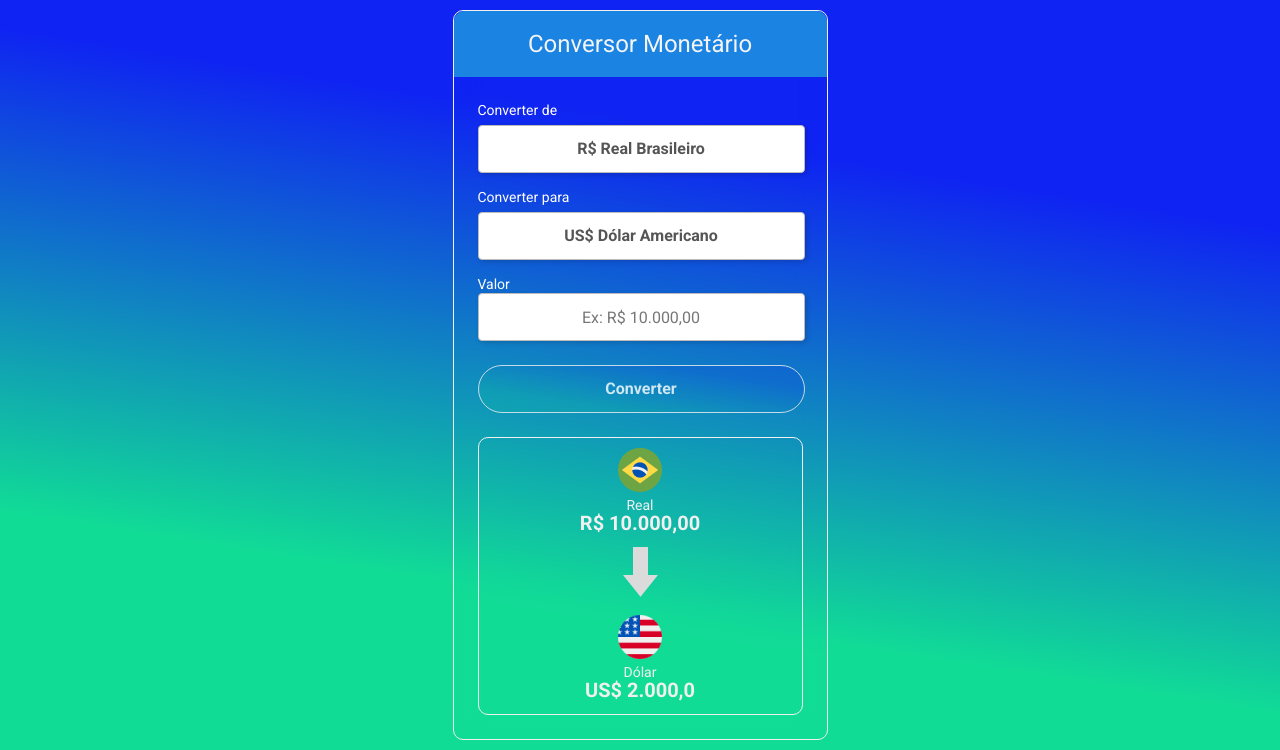
Repository: isayrous/coin-converter
Page: index.html
The author's editor kept a copy of each file at every save. The page is drawn from the files as they stood at one save, then again after the next save.
The browser window is 1280 px wide. The pictures show the whole page.
The pointer rests on the first visible `button`.

Above is the page before, as saved 2022-11-03 00:07:58.

### index.html
<!DOCTYPE html>
<html lang="pt-br">
<head>
    <meta charset="UTF-8">
    <meta http-equiv="X-UA-Compatible" content="IE=edge">
    <meta name="viewport" content="width=device-width, initial-scale=1.0">
    <link rel='stylesheet' href="./style.css">
    <link rel="preconnect" href="https://fonts.googleapis.com">
    <link rel="preconnect" href="https://fonts.gstatic.com" crossorigin>
    <link href="https://fonts.googleapis.com/css2?family=Roboto:wght@400;700&display=swap" rel="stylesheet">
    <title>Conversor Monetário</title>
</head>
<body>
    <div class="container">

        <header>
            <h1>Conversor Monetário</h1>
        </header>

        <main>
            <label>
                Converter <strong>de</strong>
                <select id="first-select">
                    <option>R$ Real Brasileiro</option>
                    <option>US$ Dólar Americano</option>
                    <option>Bitcoin</option>
                    <option>€ Euro</option>
                </select>
            </label>

            <label>
                Converter <strong>para</strong>
                <select id="seccond-select">
                    <option>US$ Dólar Americano</option>
                    <option>Bitcoin</option>
                    <option>€ Euro</option>
                    <option>R$ Real Brasileiro</option>
                </select>
            </label>

            <label>
                <b>Valor</b>
                <input id='values' type="number" placeholder="Ex: R$ 10.000,00">
            </label>

            <button id="button-converter" >Converter</button>

            <section>
                <div>
                    <img id="currency-img1" src="./assets/BRL.png">
                    <p id="first-currency">Real</p>
                    <p id="return-input1" class="value">R$ 10.000,00</p>
                </div>

                <img src="./assets/Vector.png"><br>

                <div>
                    <img id="currency-img2" src="./assets/USA.png">
                    <p id ="seccond-currency">Dólar</p>
                    <p id="return-input2" class="value">US$ 2.000,0</p>
                </div>

            </section>

        </main>

    </div>

</body>
<script src='./scripts.js'></script>
</html>

### style.css
* {
    padding: 0;
    margin: 0;
    box-sizing: border-box;
    font-family: 'Roboto', sans-serif;
    font-style: normal;
    font-weight: normal;
    line-height: 18px;
}

body{
    background: linear-gradient(189deg, rgba(15,35,242,1) 24%, rgba(17,220,150,1) 75%);
    width: 100%;
    height: 100%;
    display: flex;
    justify-content: center;
    padding: 10px;
}

.container {
    height: 100%;
    width: 375px;
    background: transparent;
    border: 1px solid #f0f0f0;
    backdrop-filter: blur(15px);
    border-radius: 10px;
}

header {
    background-color: #1b83e2;
    border-radius: 10px 10px 0 0;
    height: 66px;
    display: flex;
    justify-content: center;
    align-items: center;
}

h1 {
    font-size: 24px;
    color:#F4F4F4;
}

main {
    padding: 24px;
}

label{
    font-weight: 400;
    font-size: 14px;
    color: #fff;
    width: 375px;
}

select{
    width: 327px;
    height: 48px;
    background: #FFFFFF;
    border: 1px solid #BBBBBB;
    border-radius: 4px;
    font-weight: 700;
    font-size: 16px;
    color: #555555;
    text-align: center;
    display: block;
    cursor: pointer;
    outline: none;
    appearance: none;
    box-shadow: 2px 2px 5px 0px #00000026;
    margin-bottom: 15px;
    margin-top: 6px;
}

input{
    width: 327px;
    height: 48px;
    background: #FFFFFF;
    border: 1px solid #BBBBBB;
    border-radius: 4px;
    font-weight: 700;
    font-size: 16px;
    color: #555555;
    text-align: center;
    box-shadow: 2px 2px 5px 0px #00000026;
    outline: none;

}

input::-webkit-outer-spin-button,input::-webkit-inner-spin-button {
  -webkit-appearance: none;
  margin: 0;
}

button {
    background: linear-gradient(189deg, rgba(15,35,242,0.2) 24%, rgba(17,220,150,0.2) 75%);
    border: 1px solid #f0f0f0;
    border-radius: 25px;
    height: 48px;
    width: 327px;
    font-weight: 700;
    font-size: 1rem;
    color: #fff;
    margin: 24px 0px 24px;
    cursor: pointer;
}

button:hover {
    opacity: 0.8;
}

button:active {
    opacity: 0.7;
}

section{
    border: 1px solid #f0f0f0;
    border-radius: 10px;
    padding-top: 10px;
    display: flex;
    flex-direction: column;
    align-items: center;
    text-align: center;
}

p {
    font-weight: 400;
    font-size: 14px;
    color: #f0f0f0;
}

.value {
    color: #f0f0f0;
    font-weight: 700;
    font-size: 20px;
    margin-bottom: 15px;
}

input::placeholder{color: #777777;
    font-weight: 100;}


@media screen and (max-width: 900px){
    .container {
        height: 100%;
        width: 100%;
    }

    header {
        height: 50px;
    }

    h1 {
        font-size: 20px;
    }

    main {
        padding: 4%;
    }

    label{
        font-size: 0.8rem;
    }

    select{
        font-size: 1rem;
        color: #555555;
        margin-bottom: 10px;
    }

    input{
        font-size: 1rem;
    }

    button {
        font-size: 1rem;
    }

    p {
        font-weight: 700;
        font-size: 0.8rem;
        color: #777777;
    }

    .value {
        font-size: 1rem;
    }
}

### scripts.js
const convert = document.getElementById("button-converter")
const select2 = document.getElementById("seccond-select")
const select1 = document.getElementById("first-select")
/* REAL, DOLAR, BITCOIN , EURO */
const real = [5.16, 5.08]
const dolar = [0.19 , 0.98]
const euro = [0.20 , 1.02]
const bitcoin = [98137.74 , 19010.10 , 19269.79]


const convertvalue = () => {
    const input = document.getElementById("values").value
    const returninput1 = document.getElementById("return-input1")
    const returninput2 = document.getElementById("return-input2")
    /* RETURNS DO INPUT 1 */

    if (select1.value === 'R$ Real Brasileiro') {
        returninput1.innerHTML = new Intl.NumberFormat('pt-BR', {
            style: 'currency', currency: 'BRL'
        }).format(input)

        if (select2.value === 'US$ Dólar Americano') {
            returninput2.innerHTML = new Intl.NumberFormat('en-US', {
                style: 'currency', currency: 'USD'
            }).format(input * dolar[0])
        }
        else if (select2.value === '€ Euro') {
            returninput2.innerHTML = new Intl.NumberFormat('de-DE', {
                style: 'currency', currency: 'EUR'
            }).format(input * euro[0])
        }
        else if (select2.value === 'Bitcoin'){
            returninput2.innerHTML = (input / bitcoin[0]).toFixed(2)
        }
        else if (select2.value === 'R$ Real Brasileiro') {
            returninput2.innerHTML = new Intl.NumberFormat('pt-BR', {
                style: 'currency', currency: 'BRL'
            }).format(input)
        }
    }


    else if (select1.value === 'US$ Dólar Americano') {
        returninput1.innerHTML = new Intl.NumberFormat('en-US', {
            style: 'currency', currency: 'USD'
        }).format(input)

        if (select2.value === 'US$ Dólar Americano') {
            returninput2.innerHTML = new Intl.NumberFormat('en-US', {
                style: 'currency', currency: 'USD'
            }).format(input)
        }
        else if (select2.value === '€ Euro') {
            returninput2.innerHTML = new Intl.NumberFormat('de-DE', {
                style: 'currency', currency: 'EUR'
            }).format(input * euro[1])
        }
        else if (select2.value === 'Bitcoin'){
            returninput2.innerHTML = (input / bitcoin[1]).toFixed(2)
        }
        else if (select2.value === 'R$ Real Brasileiro') {
            returninput2.innerHTML = new Intl.NumberFormat('pt-BR', {
                style: 'currency', currency: 'BRL'
            }).format(input * real[0])
        }

    }

    else if (select1.value === '€ Euro') {
        returninput1.innerHTML = new Intl.NumberFormat('de-DE', {
            style: 'currency', currency: 'EUR'
        }).format(input)

        if (select2.value === 'US$ Dólar Americano') {
            returninput2.innerHTML = new Intl.NumberFormat('en-US', {
                style: 'currency', currency: 'USD'
            }).format(input * dolar[1])
        }
        else if (select2.value === '€ Euro') {
            returninput2.innerHTML = new Intl.NumberFormat('de-DE', {
                style: 'currency', currency: 'EUR'
            }).format(input)
        }
        else if (select2.value === 'Bitcoin'){
            returninput2.innerHTML = (input / bitcoin[1]).toFixed(2)
        }
        else if (select2.value === 'R$ Real Brasileiro') {
            returninput2.innerHTML = new Intl.NumberFormat('pt-BR', {
                style: 'currency', currency: 'BRL'
            }).format(input * real[1])
        }
    }

    else if (select1.value === 'Bitcoin') {
        returninput1.innerHTML = (input)

        if (select2.value === 'US$ Dólar Americano') {
            returninput2.innerHTML = new Intl.NumberFormat('en-US', {
                style: 'currency', currency: 'USD'
            }).format(input * bitcoin[1])
        }
        else if (select2.value === '€ Euro') {
            returninput2.innerHTML = new Intl.NumberFormat('de-DE', {
                style: 'currency', currency: 'EUR'
            }).format(input * bitcoin[2])
        }
        else if (select2.value === 'Bitcoin'){
            returninput2.innerHTML = (input)
        }
        else if (select2.value === 'R$ Real Brasileiro') {
            returninput2.innerHTML = new Intl.NumberFormat('pt-BR', {
                style: 'currency', currency: 'BRL'
            }).format(input * bitcoin[0])
        }


    }

}

const change2 = () => {
    const currencyName2 = document.getElementById("seccond-currency")
    const currencyImg2 = document.getElementById("currency-img2")

    if (select2.value === '€ Euro') {
        currencyName2.innerHTML = '€ Euro'
        currencyImg2.src = "./assets/EURO.png"
    } else if (select2.value === 'Bitcoin') {
        currencyName2.innerHTML = 'Bitcoin'
        currencyImg2.src = "./assets/BITCOIN.png"
    } else if (select2.value === 'US$ Dólar Americano') {
        currencyName2.innerHTML = 'Dólar'
        currencyImg2.src = "./assets/USA.png"
    } else if (select2.value === 'R$ Real Brasileiro') {
        currencyName2.innerHTML = 'Real'
        currencyImg2.src = "./assets/BRL.png"
    }

    convertvalue()
}

const change1 = () => {
    const currencyName1 = document.getElementById("first-currency")
    const currencyImg1 = document.getElementById("currency-img1")

    if (select1.value === '€ Euro') {
        currencyName1.innerHTML = '€ Euro'
        currencyImg1.src = "./assets/EURO.png"
    } else if (select1.value === 'Bitcoin') {
        currencyName1.innerHTML = 'Bitcoin'
        currencyImg1.src = "./assets/BITCOIN.png"
    } else if (select1.value === 'US$ Dólar Americano') {
        currencyName1.innerHTML = 'Dólar'
        currencyImg1.src = "./assets/USA.png"
    } else if (select1.value === 'R$ Real Brasileiro') {
        currencyName1.innerHTML = 'Real'
        currencyImg1.src = "./assets/BRL.png"
    }
    convertvalue()

}

convert.addEventListener('click', convertvalue)
select1.addEventListener('change', change1)
select2.addEventListener('change', change2)

After the next save:
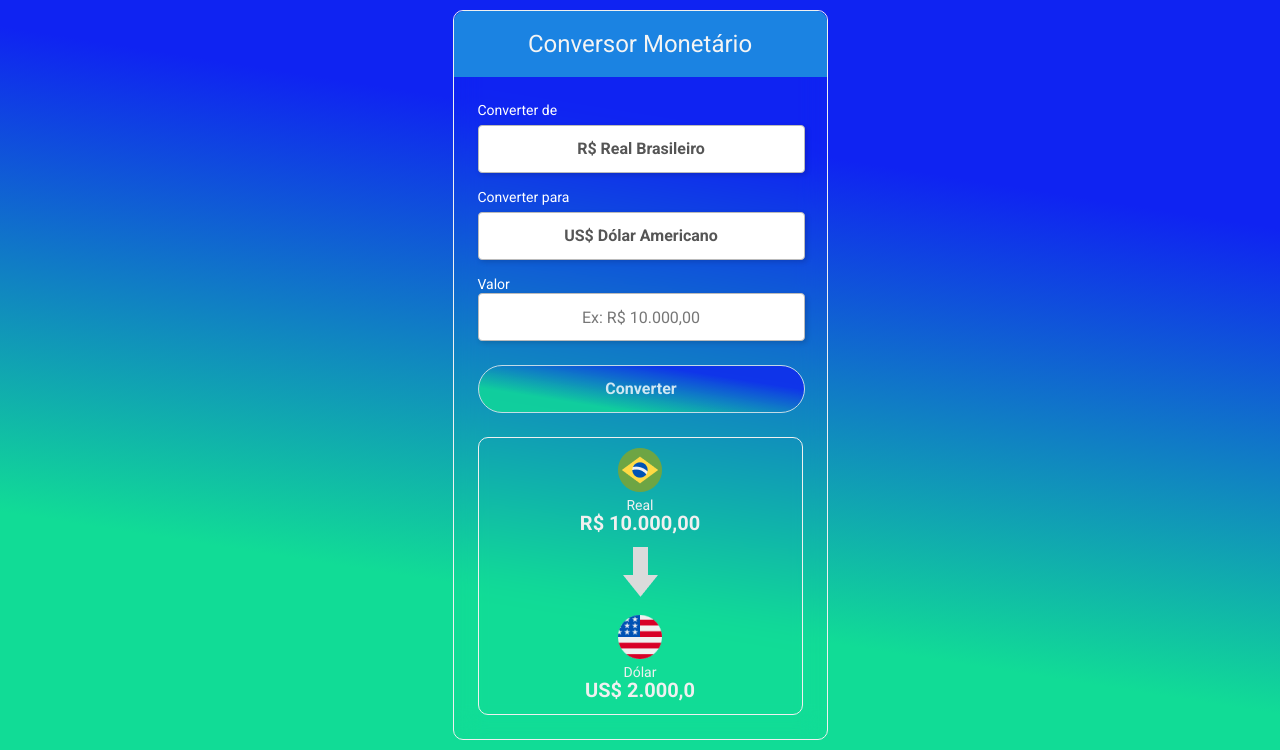
Saved 39 s later.
--- a/style.css
+++ b/style.css
@@ -105,6 +105,7 @@ button {
 
 button:hover {
     opacity: 0.8;
+    background:linear-gradient(189deg, rgba(15,35,242,1) 24%, rgba(17,220,150,1) 75%); ;
 }
 
 button:active {
